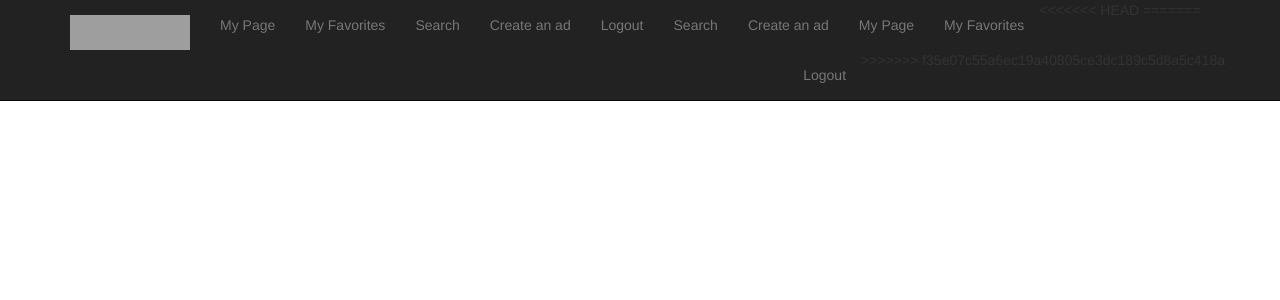
Repository: ese-unibe-ch/ese2014-team4
Page: http://localhost/share-a-flat/pages/template/header.jsp
The author's editor kept a copy of each file at every save. The page is drawn from the files as they stood at one save, then again after the next save.
The browser window is 1280 px wide. The pictures show the whole page.
Pictures or frames that could not be fetched are drawn as grey boxes. The page is served by Tomcat 9. Nobody is signed in. The application's start-up code is not run.

Above is the page before, as saved 2014-11-11 21:38:36.

After the next save:
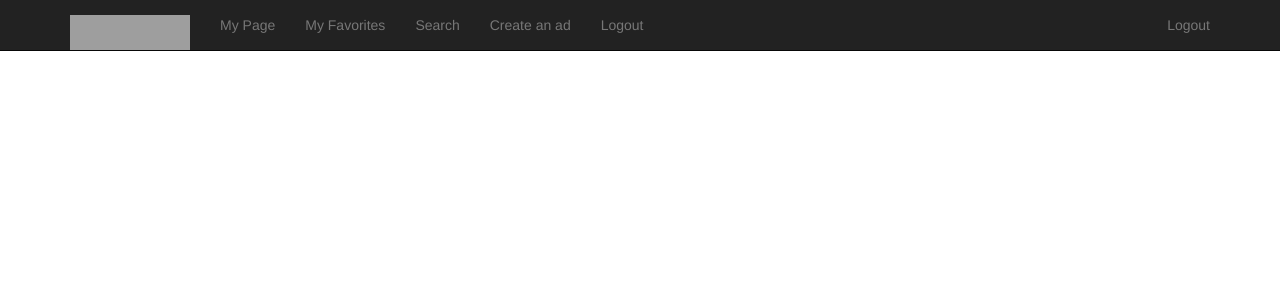
Saved 4 min 33 s later.
--- a/share-a-flat/src/main/webapp/pages/template/header.jsp
+++ b/share-a-flat/src/main/webapp/pages/template/header.jsp
@@ -52,23 +52,17 @@
         </div>
         <div class="collapse navbar-collapse">
           <ul class="nav navbar-nav">
-<<<<<<< HEAD
 
-            <li <%= isActive("my-page", request) %>><a href="my-page">My Page</a></li>
+          	 <li <%= isActive("my-page", request) %>><a href="my-page">My Page</a></li>
             <li <%= isActive("favorites", request) %>><a href="favorites">My Favorites</a></li>
             <li <%= isActive("search-list", request) %>><a href="search-list">Search</a></li>
             <li <%= isActive("createAd", request) %>><a href="createAd">Create an ad</a></li>
             <li <%= isActive("logout", request) %>><a href="logout">Logout</a></li>
-=======
-          	<li <%= isActive("search-list", request) %>><a href="search-list">Search</a></li>
-          	<li <%= isActive("createAd", request) %>><a href="createAd">Create an ad</a></li>
-            <li <%= isActive("my-page", request) %>><a href="my-page">My Page</a></li>
-            <li <%= isActive("favorites", request) %>><a href="favorites">My Favorites</a></li>
           </ul>
 
           <ul class="nav navbar-nav navbar-right">
             <li <%= isActive("logout", request) %> float="right"><a href="logout">Logout</a></li>
->>>>>>> f35e07c55a6ec19a40805ce3dc189c5d8a5c418a
+
           </ul>
         </div><!--/.nav-collapse -->
       </div>
